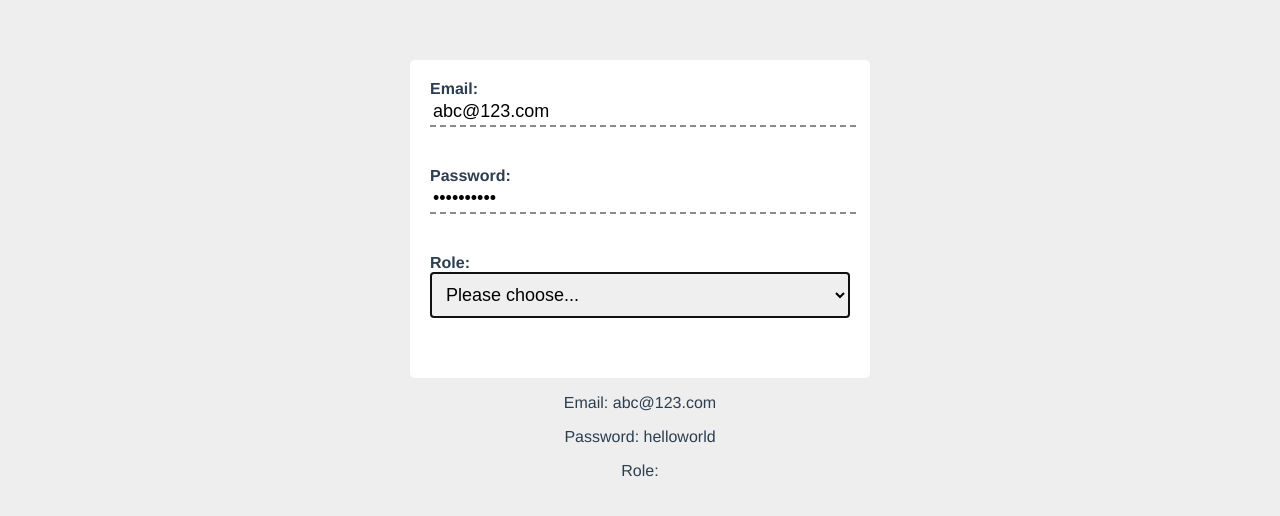
Repository: technogize/vue-forms
Page: /
These files come from the project's save history. The page is drawn as it stood at one moment and after the next save; the edit follows.
The browser window is 1280 px wide. The pictures show the whole page.
The first visible `select` has the focus.
The project was rebuilt for these pictures with package versions that can differ from the ones it lists, and the page was loaded fresh each time.

Above is the page before, as saved 2021-02-26 14:26:27.

After the next save:
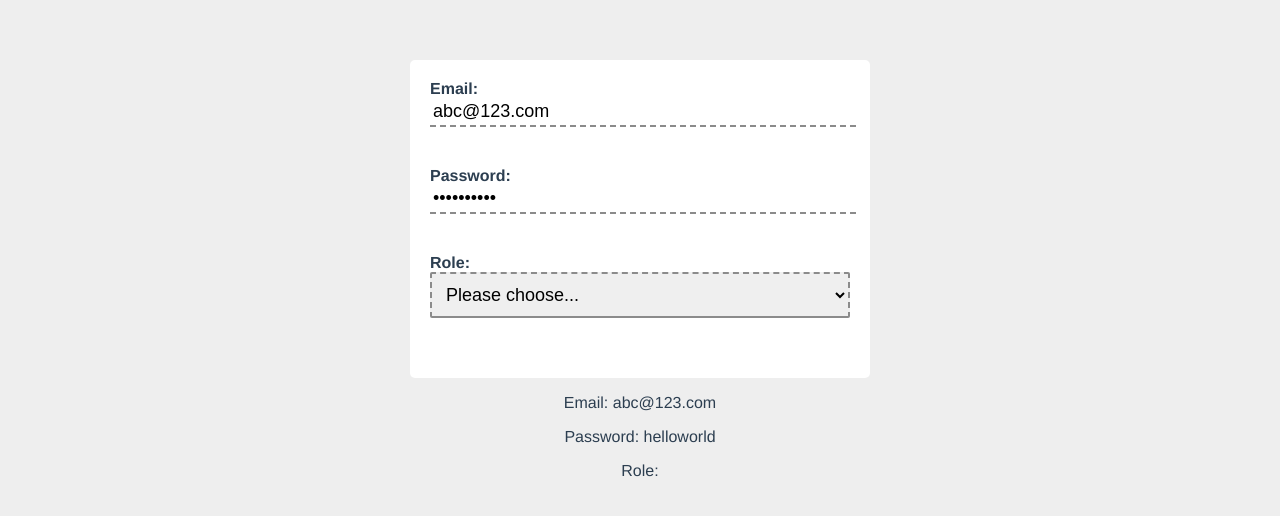
Saved 21 s later.
--- a/src/components/SignupForm.vue
+++ b/src/components/SignupForm.vue
@@ -73,6 +73,11 @@ export default {
     width: 100%;
   }
 
+  select:focus {
+    outline: none;
+    border-bottom: 2px solid rgb(139, 139, 139);
+  }
+
   .field {
     margin-bottom: 40px;
   }
